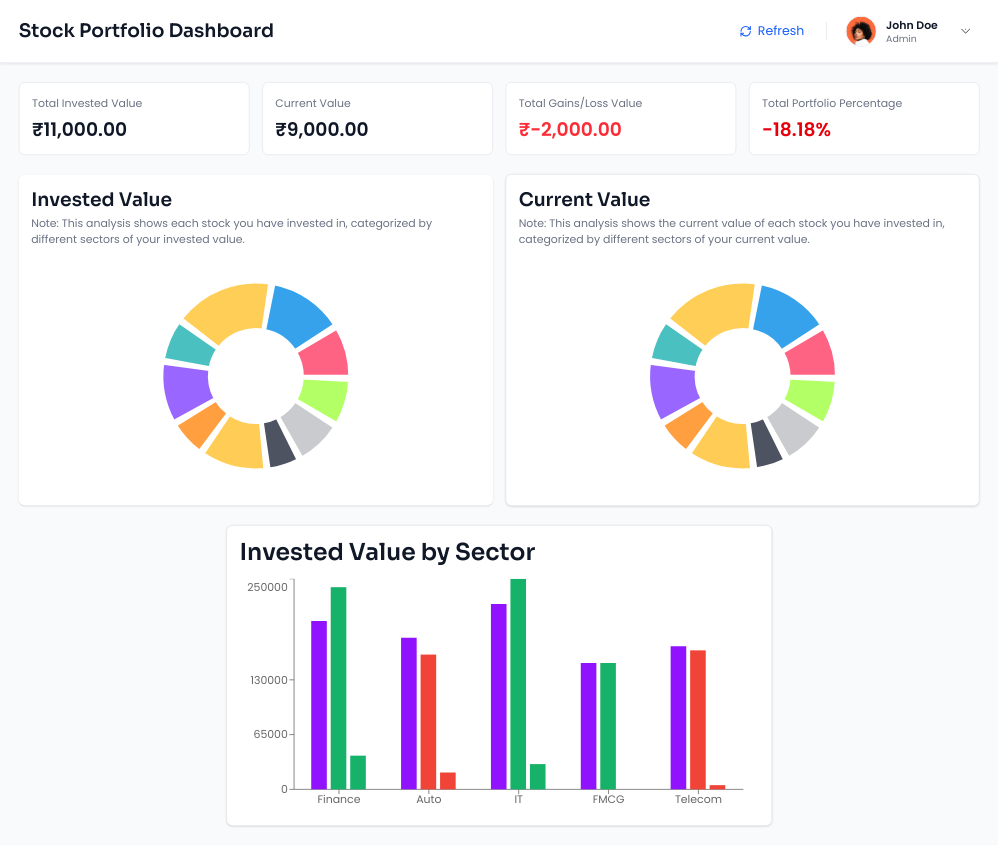
Repository: jabir12-12/inten-project
Page: /
An editor plug-in stored every save of this project. The page is shown before and after the next save, followed by the edit.
The browser window is 1280 px wide. The pictures show the whole page, at 78% of full size.
The project was rebuilt for these pictures with package versions that can differ from the ones it lists, and the page was loaded fresh each time. The framework's server and built-in components were replaced by stand-ins that run in the browser. Also part of the build but not shown: next.config.ts.

Above is the page before, as saved 2025-05-17 16:06:09.

### src/pages/index.tsx
'use client';
import React, { useState } from 'react';
import Image from 'next/image';
import { RefreshCw, } from "lucide-react";
import { Bar, BarChart, CartesianGrid, Legend, ResponsiveContainer, Tooltip, TooltipProps, XAxis, YAxis } from "recharts";
import { PieChart, Pie, Cell } from 'recharts';

interface PieTooltipProps extends TooltipProps<number, string> {
  active?: boolean;
  payload?: any[];
}

const Investedvalue = [
  { name: "Tata Motors", sector: "Automobile", visitors: 100000, percentage: 10, fill: "#FF6384" },
  { name: "Reliance", sector: "Energy", visitors: 150000, percentage: 15, fill: "#36A2EB" },
  { name: "Infosys", sector: "IT", visitors: 200000, percentage: 20, fill: "#FFCE56" },
  { name: "HDFC", sector: "Finance", visitors: 80000, percentage: 8, fill: "#4BC0C0" },
  { name: "ITC", sector: "FMCG", visitors: 120000, percentage: 12, fill: "#9966FF" },
  { name: "Airtel", sector: "Telecom", visitors: 70000, percentage: 7, fill: "#FF9F40" },
  { name: "Maruti", sector: "Automobile", visitors: 130000, percentage: 13, fill: "#FFCD56" },
  { name: "ICICI", sector: "Finance", visitors: 60000, percentage: 6, fill: "#4D5360" },
  { name: "Asian Paints", sector: "Chemicals", visitors: 90000, percentage: 9, fill: "#C9CBCF" },
  { name: "SBI", sector: "Finance", visitors: 90000, percentage: 9, fill: "#B2FF66" },
];




// Calculate total invested amount
const totalInvested = Investedvalue.reduce((sum, stock) => sum + stock.visitors, 0);

// Prepare data with percentage for Pie chart
const pieChartFormattedData = Investedvalue.map((stock) => ({
  name: stock.name,
  visitors: stock.visitors,
  fill: stock.fill,
  percentage: ((stock.visitors / totalInvested) * 100).toFixed(2),
}));

const CustomPieTooltip: React.FC<PieTooltipProps> = ({ active, payload }) => {
  if (active && payload && payload.length) {
    const {
      name,
      value,
      payload: { fill, visitors },
    } = payload[0];

    return (
      <div
        className="flex flex-row items-center justify-between w-40"
        style={{
          backgroundColor: 'white',
          border: '1px solid #EAECF0',
          borderRadius: '8px',
          padding: '10px',
          boxShadow: "0px 4px 8px rgba(0, 0, 0, 0.1)"
        }}
      >
        <div className="flex flex-row items-center">
          <span style={{
            display: 'inline-block',
            width: '12px',
            height: '12px',
            borderRadius: '50%',
            backgroundColor: fill,
            marginRight: '8px'
          }} />
          <p className="flex items-center text-sm font-semibold text-[#667085]">{name}</p>
        </div>
        <p className="text-[0.938rem] font-semibold text-[#1D2939]">
          ₹{(visitors ?? value ?? 0).toLocaleString("en-IN")}
        </p>
      </div>
    );
  }
  return null;
};


export default function Home() {
  const [loading, setLoading] = useState(false)
  const investedValue = 11000;
  const currentValue = 9000;

  const gainLoss = currentValue - investedValue;
  const isGain = gainLoss >= 0;
  // this convert the text into Indian Rupee format
  const gainLossText = `₹${gainLoss.toLocaleString("en-IN", {
    minimumFractionDigits: 2,
  })}`;
  const barChartData = [
    {
      name: "Finance",
      invested: 200000,
      current: 240000, // green
    },
    {
      name: "Auto",
      invested: 180000,
      current: 160000, // red
    },
    {
      name: "IT",
      invested: 220000,
      current: 250000, // green
    },
    {
      name: "FMCG",
      invested: 150000,
      current: 150000, // same (neutral)
    },
    {
      name: "Telecom",
      invested: 170000,
      current: 165000, // red
    },
  ];


  return (
    <div className="bg-gray-50 min-h-screen flex flex-col">
      {/* Header */}
      <header className="sticky top-0 z-10 flex justify-between px-4 md:px-6 py-3 md:py-4 bg-white border-b border-gray-200 shadow-sm items-center">
        <div className="flex items-center">
          <h1 className="text-gray-900 font-semibold text-xl md:text-2xl">Stock Portfolio Dashboard</h1>
        </div>
        <div className="flex items-center gap-2 md:gap-4">
          <button
            onClick={() => setLoading(true)}
            className="flex items-center  text-blue-600 hover:text-blue-800 px-3 py-1 rounded-md gap-2 cursor-pointer"
            disabled={loading}
          >
            <RefreshCw className={`w-4 h-4 ${loading ? "animate-spin" : ""}`} />
            <span>{loading ? "Refreshing..." : "Refresh"}</span>
          </button>
          <div className="hidden md:block bg-gray-200 h-6 w-px"></div>
          <div className="flex items-center gap-2 md:gap-3 cursor-pointer rounded-md px-2 py-1 hover:bg-gray-100 transition-colors">
            {/* Avatar: always visible */}
            <div className="h-8 w-8 md:h-10 md:w-10 overflow-hidden rounded-full border border-gray-200 shrink-0">
              <Image
                src="/images/Ellipse 1534 (6).svg"
                alt="User profile"
                className="h-full w-full object-cover"
                width={40}
                height={40}
              />
            </div>
            {/* Name and Role: hidden on small screens */}
            <div className="hidden md:flex flex-col min-w-[80px]">
              <span className="text-gray-900 text-sm font-semibold truncate">John Doe</span>
              <span className="text-gray-500 text-xs truncate">Admin</span>
            </div>
            {/* Dropdown Icon: visible always, aligned nicely */}
            <div className="flex items-center justify-center h-5 w-5">
              <Image
                src="/images/Frame (21).svg"
                alt="Dropdown icon"
                width={20}
                height={20}
              />
            </div>
          </div>
        </div>
      </header>
      {/* Main  Body */}
      <div className="flex-1 px-4 py-6 overflow-auto flex flex-col gap-6 md:px-6">
        <div className="flex flex-wrap gap-4 justify-between">
          {/* Total Invested Value */}
          <button className="flex flex-1 min-w-[240px] p-4 flex-col gap-2 border border-gray-200 rounded-lg bg-white transition-all duration-300 ease-in-out hover:shadow-[0_4px_20px_rgba(255,182,193,0.5)] hover:border-[#D6BBFB] hover:scale-[1.03] active:scale-[0.98]">
            <span className="text-gray-500 text-sm">Total Invested Value</span>
            <span className="text-gray-900 text-2xl font-semibold">
              ₹{investedValue.toLocaleString("en-IN", {
                minimumFractionDigits: 2,
              })}
            </span>
          </button>

          {/* Current Value */}
          <button className="flex flex-1 min-w-[240px] p-4 flex-col gap-2 border border-gray-200 rounded-lg bg-white transition-all duration-300 ease-in-out hover:shadow-[0_4px_20px_rgba(255,182,193,0.5)] hover:border-[#D6BBFB] hover:scale-[1.03] active:scale-[0.98]">
            <span className="text-gray-500 text-sm">Current Value</span>
            <span className="text-gray-900 text-2xl font-semibold">
              ₹{currentValue.toLocaleString("en-IN", {
                minimumFractionDigits: 2,
              })}
            </span>
          </button>

          {/* Total Gain/Loss */}
          <button className="flex flex-1 min-w-[240px] p-4 flex-col gap-2 border border-gray-200 rounded-lg bg-white transition-all duration-300 ease-in-out hover:shadow-[0_4px_20px_rgba(255,182,193,0.5)] hover:border-[#D6BBFB] hover:scale-[1.03] active:scale-[0.98]">
            <span className="text-gray-500 text-sm">Total Gains/Loss Value</span>
            <span
              className={`text-2xl font-semibold ${isGain ? "text-green-600" : "text-red-500"
                }`}
            >
              {gainLossText}
            </span>
          </button>

          {/* Portfolio Percentage (optional placeholder) */}
          <button className="flex flex-1 min-w-[240px] p-4 flex-col gap-2 border border-gray-200 rounded-lg bg-white transition-all duration-300 ease-in-out hover:shadow-[0_4px_20px_rgba(255,182,193,0.5)] hover:border-[#D6BBFB] hover:scale-[1.03] active:scale-[0.98]">
            <span className="text-gray-500 text-sm">Total Portfolio Percentage</span>
            <span className={`text-2xl font-semibold ${currentValue >= investedValue ? 'text-green-600' : 'text-red-600'}`}>
              {(((currentValue - investedValue) / investedValue) * 100).toFixed(2)}%
            </span>
          </button>

        </div>
        <div className='flex flex-row w-full  items-center  gap-4 justify-between'>
          <div className='flex flex-col w-1/2 gap-4 order border-gray-200 rounded-lg p-4  bg-white shadow-sm'>
            <div className='flex flex-col gap-1'>
              <h1 className="text-gray-900 font-semibold text-xl md:text-2xl">Invested Value</h1>
              <span className="text-gray-500 text-sm">
                Note: This analysis shows each stock you have invested in, categorized by different sectors of your invested value.
              </span>
            </div>
            <ResponsiveContainer width="100%" height={300}>
              <PieChart>
                <Tooltip content={<CustomPieTooltip />} cursor={false} />
                <Pie
                  data={pieChartFormattedData}
                  dataKey="visitors"
                  nameKey="name"
                  innerRadius={60}
                  outerRadius={120}
                  stroke="#FFFFFF"
                  strokeWidth={3}
                  paddingAngle={3}
                >
                  {pieChartFormattedData.map((entry, index) => (
                    <Cell key={`cell-${index}`} fill={entry.fill} />
                  ))}
                </Pie>
              </PieChart>
            </ResponsiveContainer>
          </div>
          <div className='flex flex-col w-1/2 gap-4 border border-gray-200 rounded-lg p-4 bg-white shadow-sm'>
            <div className='flex flex-col gap-1'>
              <h1 className="text-gray-900 font-semibold text-xl md:text-2xl">Current Value</h1>
              <span className="text-gray-500 text-sm">
                Note: This analysis shows the current value of each stock you have invested in, categorized by different sectors of your current value.
              </span>
            </div>
            <ResponsiveContainer width="100%" height={300}>
              <PieChart>
                <Tooltip content={<CustomPieTooltip />} cursor={false} />
                <Pie
                  data={pieChartFormattedData}
                  dataKey="visitors"
                  nameKey="name"
                  innerRadius={60}
                  outerRadius={120}
                  stroke="#FFFFFF"
                  strokeWidth={3}
                  paddingAngle={3}
                >
                  {pieChartFormattedData.map((entry, index) => (
                    <Cell key={`cell-${index}`} fill={entry.fill} />
                  ))}
                </Pie>
              </PieChart>
            </ResponsiveContainer>
          </div>
        </div>
        <div className="flex flex-col gap-4 border border-gray-200 rounded-lg p-4 bg-white shadow-sm max-w-full w-full sm:w-[90vw] md:w-[600px] lg:w-[700px] mx-auto">
          <h1 className="text-gray-900 font-semibold text-xl sm:text-2xl md:text-3xl">
            Invested Value by Sector
          </h1>

          <ResponsiveContainer width="100%" height={300}>
            <BarChart
              data={barChartData}
              barGap={5}
              barCategoryGap="30%"
              margin={{ right: 20, left: 10 }}
            >
              <CartesianGrid strokeDasharray="3 3" horizontal={false} vertical={false} />
              <XAxis
                dataKey="name"
                fontFamily="poppins"
                fontSize={14}
                fontWeight={400}
                fill="#667085"
                interval="preserveStartEnd"
              />
              <YAxis
                domain={[0, 'dataMax']}
                fontFamily="poppins"
                fontSize={14}
                fontWeight={400}
                fill="#667085"
              />
              <Tooltip
                cursor={false}
                isAnimationActive={true}
                content={({ active, payload, label }) => {
                  if (!active || !payload || payload.length === 0) return null;

                  const invested = Number(payload.find(p => p.dataKey === 'invested')?.value) || 0;
                  const current = Number(payload.find(p => p.dataKey === 'current')?.value) || 0;
                  const gainLoss = Math.abs(current - invested);
                  const gainLossColor = current >= invested ? "#17B26A" : "#F04438";

                  return (
                    <div style={{ backgroundColor: 'white', padding: 10, border: '1px solid #ccc' }}>
                      <p style={{ marginBottom: 8, fontWeight: 'bold' }}>{label}</p>
                      <p style={{ color: '#9012FF' }}>
                        Invested: ₹{invested.toLocaleString("en-IN")}
                      </p>
                      <p style={{ color: gainLossColor }}>
                        Current: ₹{current.toLocaleString("en-IN")}
                      </p>
                      <p style={{ color: gainLossColor }}>
                        Gain/Loss: ₹{gainLoss.toLocaleString("en-IN")}
                      </p>
                    </div>
                  );
                }}
              />
              <Legend wrapperStyle={{ display: 'none' }} />
              <Bar dataKey="invested" name="Invested" fill="#9012FF" barSize={20} />
              <Bar
                dataKey="current"
                name="Current Value"
                barSize={20}
                fill="#ccc"
                shape={(props: any) => {
                  const { x, y, width, height, payload } = props;
                  const fill = payload.current >= payload.invested ? "#17B26A" : "#F04438";
                  return <rect x={x} y={y} width={width} height={height} fill={fill} />;
                }}
              />
              <Bar
                dataKey={(entry) => Math.abs(entry.current - entry.invested)}
                name="Gain/Loss"
                barSize={20}
                fill="#ccc"
                shape={(props: any) => {
                  const { x, y, width, height, payload } = props;
                  const fill = payload.current >= payload.invested ? "#17B26A" : "#F04438";
                  return <rect x={x} y={y} width={width} height={height} fill={fill} />;
                }}
              />
            </BarChart>
          </ResponsiveContainer>
        </div>



      </div>
    </div>


  );
}

### src/styles/globals.css
@import url('https://fonts.googleapis.com/css2?family=Poppins:wght@400;500;600&family=Inter:wght@400;500;600&family=Sora:wght@400;500;600;700;800&display=swap');
@import url('https://fonts.googleapis.com/css2?family=Inter:wght@400;700&display=swap');

@import "tailwindcss";

body {
  background-color: #f7f8fb;
  margin: 0;
  padding: 0;
  font-family: 'Poppins', sans-serif;
  justify-content: center;
  align-items: center;
  height: 100vh;
}

.video-js .vjs-playback-rate {
  font-size: 10px;
  transform: translateY(12px);
  /* Moves the button down by 10px */

}

.heading .head {
  font-family: 'Sora', sans-serif;
  font-size: 24px;
  /* Example size */
  font-weight: 700;
}

/* Example for other headings if needed */
h1,
h2,
h3,
h4,
h5,
h6 {
  font-family: 'Sora', sans-serif;
}

h3 {
  font-size: 18px;
  font-weight: 600;
}

/* Ensure that other text elements use Poppins */
p,
span,
div {
  font-family: 'Poppins', sans-serif;
}

.button {
  outline: none;
}

/* Custom scrollbar styles */

::-webkit-scrollbar {
  width: 7px;
  height: 7px;
}

::-webkit-scrollbar-thumb {
  background-color: rgba(234, 236, 240, 1);
  ;

  border-radius: 100px;
}

::-webkit-scrollbar-track {
  background: "white";

}

/* THIS IS FOR TEXT-EDITOR IN DISSCUSSION TAB --------------------------*/
.custom-quill .ql-container {
  border: none !important;
  /* Remove the border from the container */
}

.custom-quill .ql-editor {
  border: none !important;
  /* Ensure no border around the editor */
}

.custom-quill:focus {
  outline: none;
  /* Remove outline on focus */
}

.custom-quill .ql-editor {
  font-size: 16px;
  /* Set text size to 16px */
  font-family: 'Poppins', sans-serif;
  font-style: normal;
  /* Use the Poppins font */

}

.custom-quill .ql-editor:empty::before {

  /* Show placeholder */
  color: #667085;
  /* Placeholder color */
  font-family: 'Poppins', sans-serif;
  font-style: normal;
  /* Poppins font for placeholder */
  font-size: 16px;
  /* Placeholder size */
  position: absolute;
  /* Position it absolutely */
  left: 10px;
  /* Adjust according to your padding */
  top: 10px;
  /* Adjust according to your padding */
  pointer-events: none;
  /* Prevent interaction */
}

.custom-quill .ql-editor:focus::before {
  display: none;
  /* Hide placeholder on focus */
}

/* -------------------------------------------------- */
/* FOR TOOLTIP FOR TEST PAGE ONLY ->learn Tab */


.tooltipText {
  position: absolute;
  color: white;
  bottom: 125%;
  /* Position above the button */
  left: 50%;
  /* Center horizontally */
  transform: translateX(-50%);
  /* Adjust to center the tooltip */

  z-index: 3;
  background-color: #131313;
  box-shadow: 0 5px 10px rgba(0, 0, 0, 0.3);
  padding: 6px 14px;
  /* Padding inside the tooltip */
  width: 204px;
  /* Fixed width */
  height: auto;
  /* Hug content (height grows with content) */
  min-height: 78px;
  /* Minimum height */
  font-size: 15px;
  font-weight: 400;
  border-radius: 5px;
  white-space: normal;
  /* Allow text wrapping for longer content */
  opacity: 0;
  pointer-events: none;
  transition: all 0.4s ease;
}

.tooltip:hover .tooltipText {
  opacity: 1;
  pointer-events: auto;
  transform: translate(-50%, -10px);
  /* Move tooltip slightly up on hover */
}

.drawer-overlay {
  background-color: transparent !important;
  /* Makes the overlay transparent */
}

/* magic.module.css */
.customCheckbox input[type="checkbox"]:checked {
  background-color: #9012FF;
  border-color: #9012FF;
}

/* Add this to your global CSS file */
.ql-container .ql-editor img {
  cursor: pointer;
}

.image-resizer {
  border: 1px dashed #999;
  position: absolute;
}

.image-resizer .resize-handle {
  background-color: #fff;
  border: 1px solid #999;
  height: 8px;
  width: 8px;
  position: absolute;
}

.image-resizer .resize-handle.se {
  bottom: -5px;
  right: -5px;
  cursor: se-resize;
}

.image-resizer .resize-handle.sw {
  bottom: -5px;
  left: -5px;
  cursor: sw-resize;
}

.image-resizer .resize-handle.ne {
  top: -5px;
  right: -5px;
  cursor: ne-resize;
}

.image-resizer .resize-handle.nw {
  top: -5px;
  left: -5px;
  cursor: nw-resize;
}


@layer base {
  :root {
    --radius: 0.5rem;
    --chart-1: 12 76% 61%;
    --chart-2: 173 58% 39%;
    --chart-3: 197 37% 24%;
    --chart-4: 43 74% 66%;
    --chart-5: 27 87% 67%;
  }

  .dark {
    --chart-1: 220 70% 50%;
    --chart-2: 160 60% 45%;
    --chart-3: 30 80% 55%;
    --chart-4: 280 65% 60%;
    --chart-5: 340 75% 55%;
  }
}

Loaded but not shown: src/pages/_app.tsx (common file); src/pages/_document.tsx (common file)

After the next save:
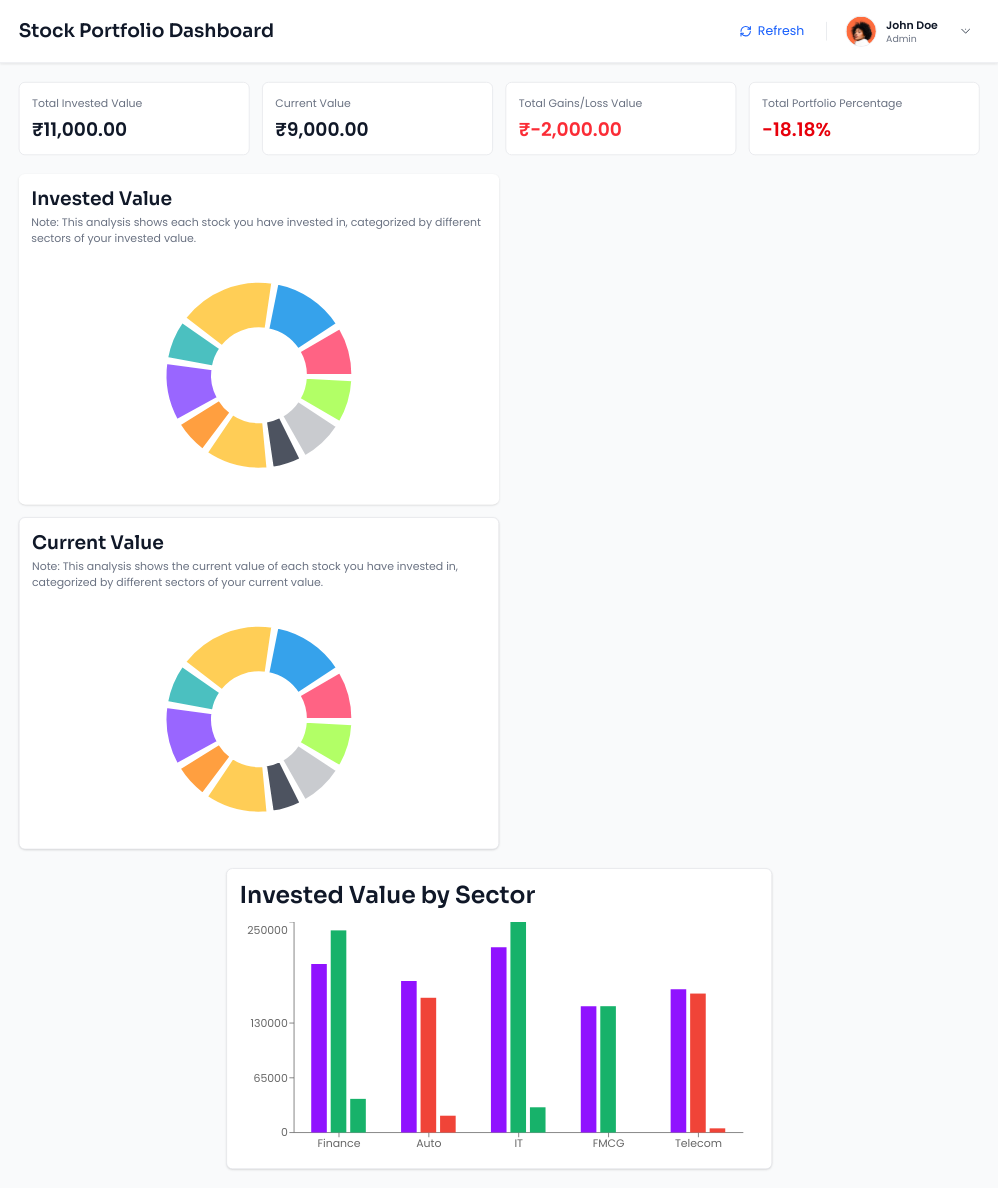
Saved 48 s later.
--- a/src/pages/index.tsx
+++ b/src/pages/index.tsx
@@ -205,7 +205,7 @@ export default function Home() {
           </button>
 
         </div>
-        <div className='flex flex-row w-full  items-center  gap-4 justify-between'>
+        <div className='flex flex-wrap w-full  items-center  gap-4 justify-between'>
           <div className='flex flex-col w-1/2 gap-4 order border-gray-200 rounded-lg p-4  bg-white shadow-sm'>
             <div className='flex flex-col gap-1'>
               <h1 className="text-gray-900 font-semibold text-xl md:text-2xl">Invested Value</h1>
